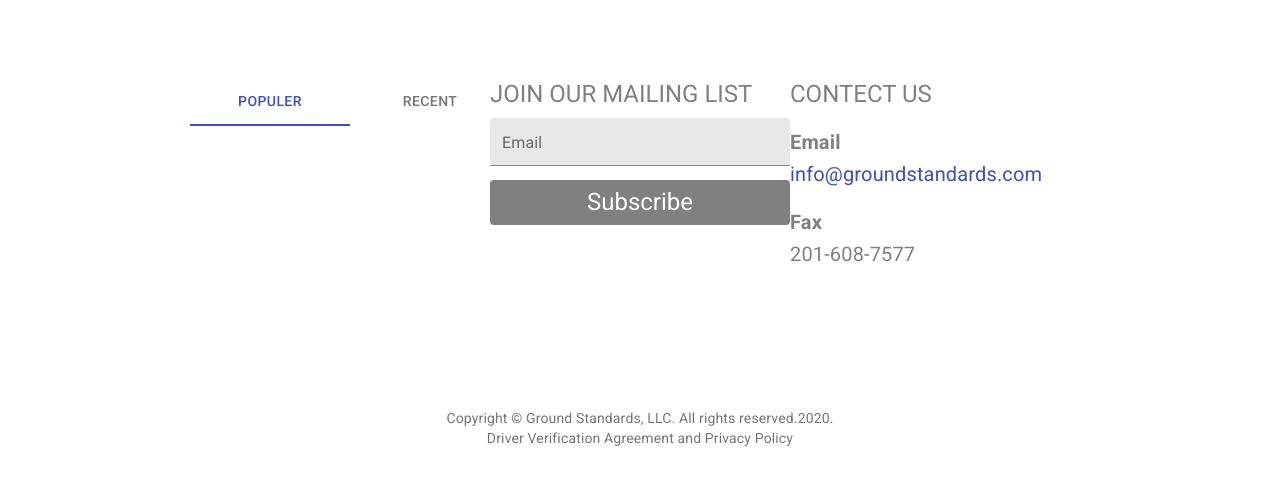
Repository: vinuvish/groundstandards_react
Page: /
An editor plug-in stored every save of this project. The page is shown before and after the next save, followed by the edit.
The browser window is 1280 px wide. The pictures show the part of the page from y = 3920 to 4416 px (the page is 4416 px tall).
The page's requests for data from a server got no answer. The project was rebuilt for these pictures with package versions that can differ from the ones it lists, and the page was loaded fresh each time. No one was signed in, and anything a server would have sent is missing. Also part of the build but not shown: src/pages/app/NotFoundPage.tsx, src/pages/app/SignUpPage.tsx, src/pages/app/AboutPage.tsx, src/pages/app/OurSolutionPage.tsx, src/pages/app/OurPartnerPage.tsx, src/pages/app/ResourcePage.tsx, src/pages/app/PressPage.tsx, src/pages/app/BlockPage.tsx and 1 more. Imported but missing from the stored project, and not drawn on this page: src/assets/video/video-2.mp4.

Above is the page before, as saved 2020-11-28 12:14:32.

After the next save:
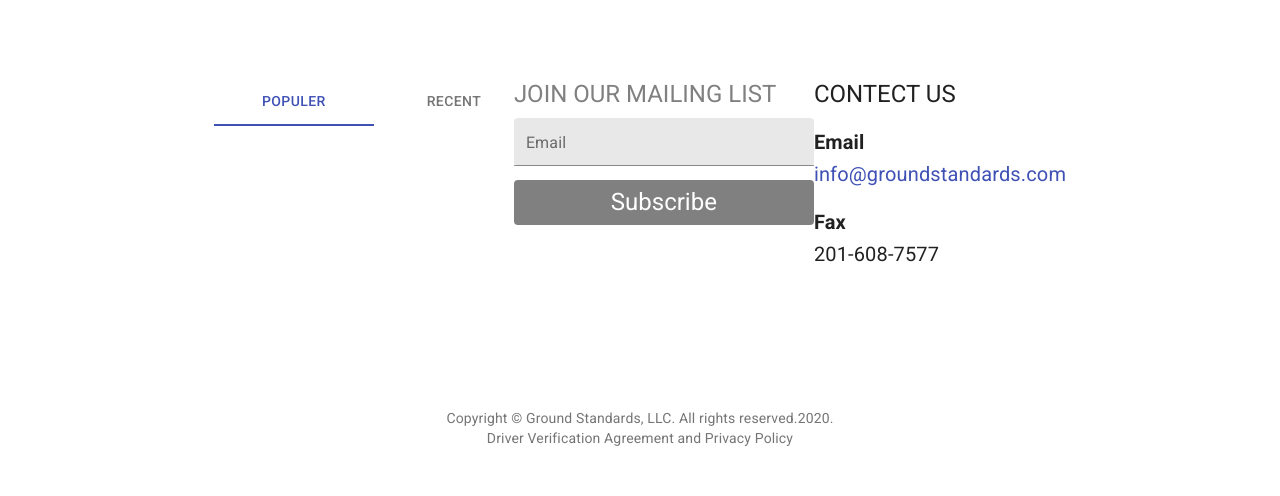
Saved 25 s later.
--- a/src/components/Zfooter.tsx
+++ b/src/components/Zfooter.tsx
@@ -73,7 +73,7 @@ export default function ZFooter() {
                        </Typography>
                                 </Button>
                             </div>
-                            <div className={classes.tab}>
+                            <div >
                                 <Typography variant='h5' >
                                     CONTECT US
                        </Typography>
